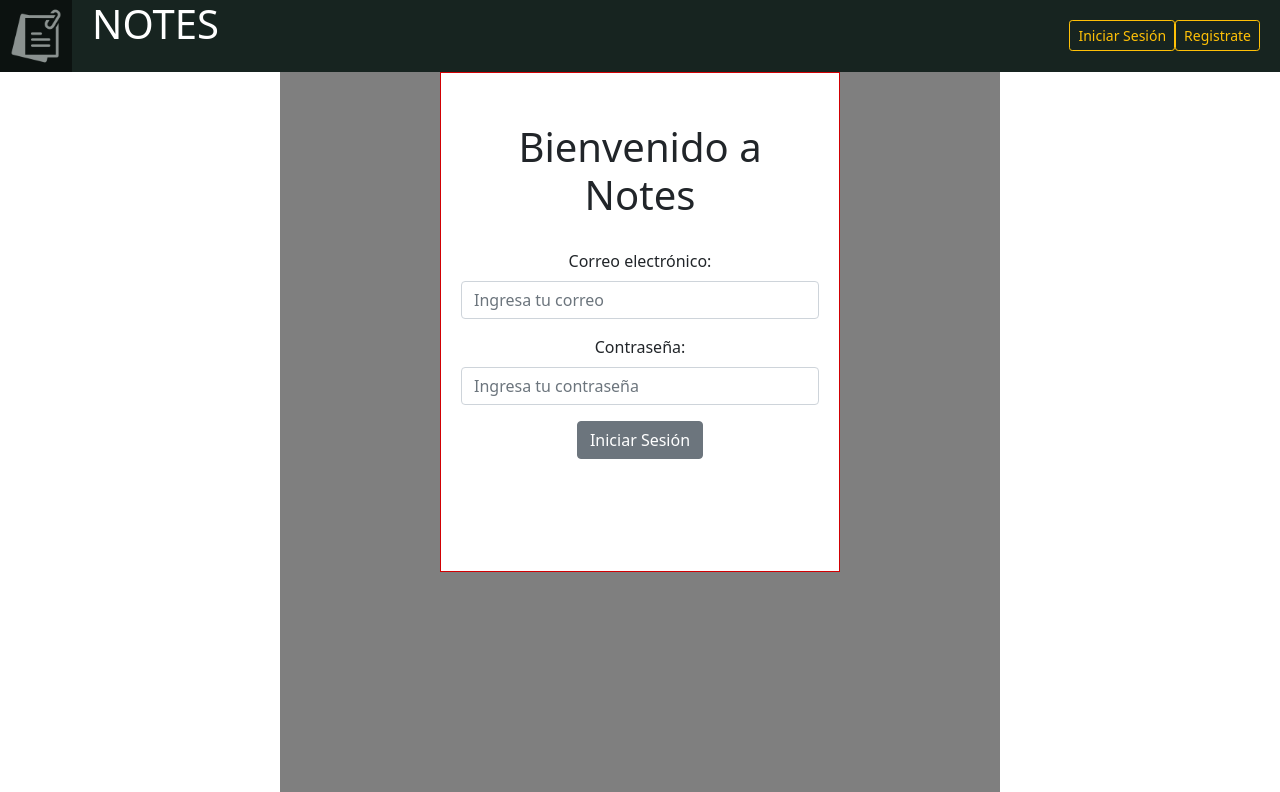
Repository: Daaira0811/TareaVue
Page: /
These files come from the project's save history. The page is drawn as it stood at one moment and after the next save; the edit follows.
The browser window is 1280 px wide. The pictures show the whole page.
The project was rebuilt for these pictures with package versions that can differ from the ones it lists, and the page was loaded fresh each time. Also part of the build but not shown: vite.config.js.

Above is the page before, as saved 2022-06-19 23:06:16.

After the next save:
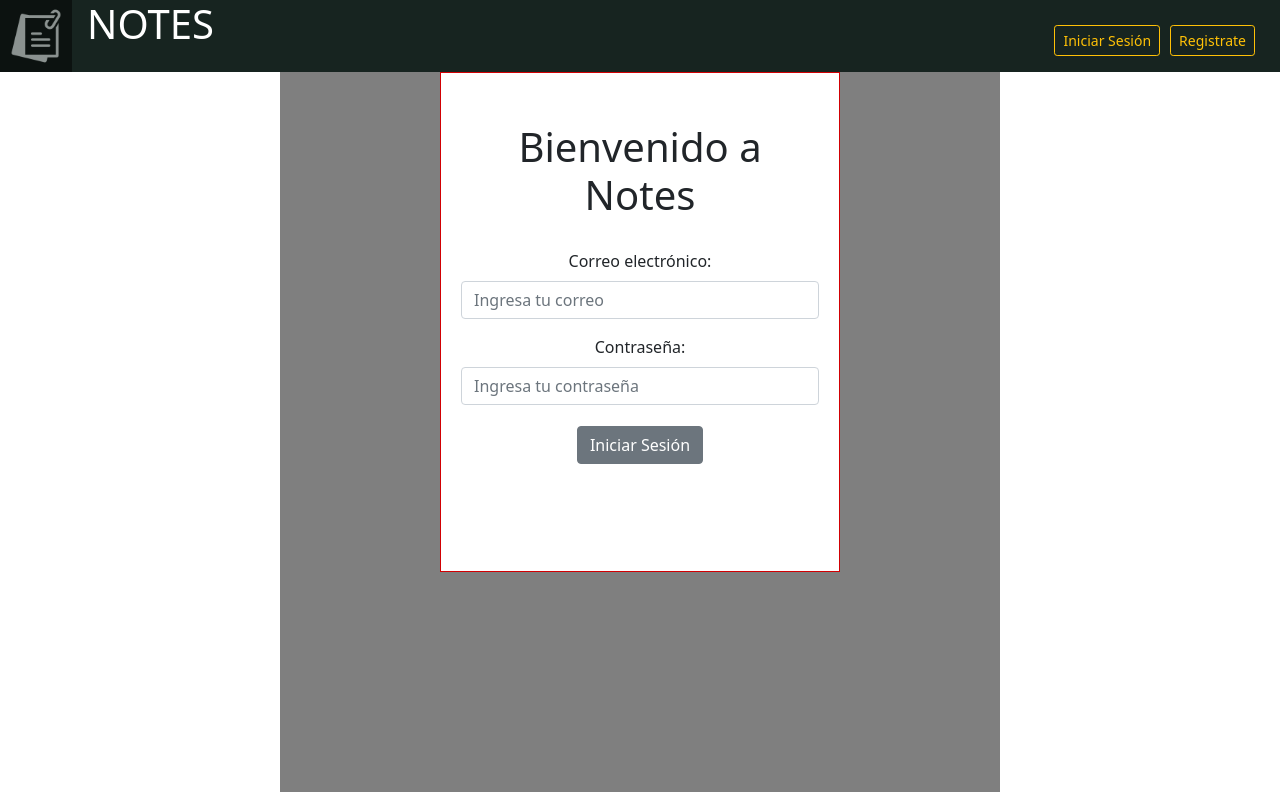
Saved 5 min 14 s later.
--- a/src/components/Navbar.vue
+++ b/src/components/Navbar.vue
@@ -3,10 +3,10 @@
     <img src="../assets/image2.png"  alt="image2.png" >
     <h1>NOTES</h1>
     <div id="botones">
-<b-button variant="outline-warning" size="sm">
+<b-button class="btn" variant="outline-warning" size="sm">
         Iniciar Sesión
     </b-button>
-    <b-button variant="outline-warning" size="sm">
+    <b-button class="btn"  variant="outline-warning" size="sm">
         Registrate
     </b-button>
     </div>
@@ -22,7 +22,7 @@
 #cuerpoNav{
     display:flex;
     flex-direction: row;
-    width:100%;
+    width:100vw;
     height:10vh;
     background-color: #172420;
     color: white;
@@ -33,7 +33,7 @@ img {
     height: 100%;
 }
 h1{
-    margin:20px;
+    margin:15px;
 }
 #botones{
     position: absolute;
@@ -44,5 +44,8 @@ h1{
     right: 0;
     padding: 20px;
 }
+.btn{
+    margin: 5px;
+}
 
 </style>
